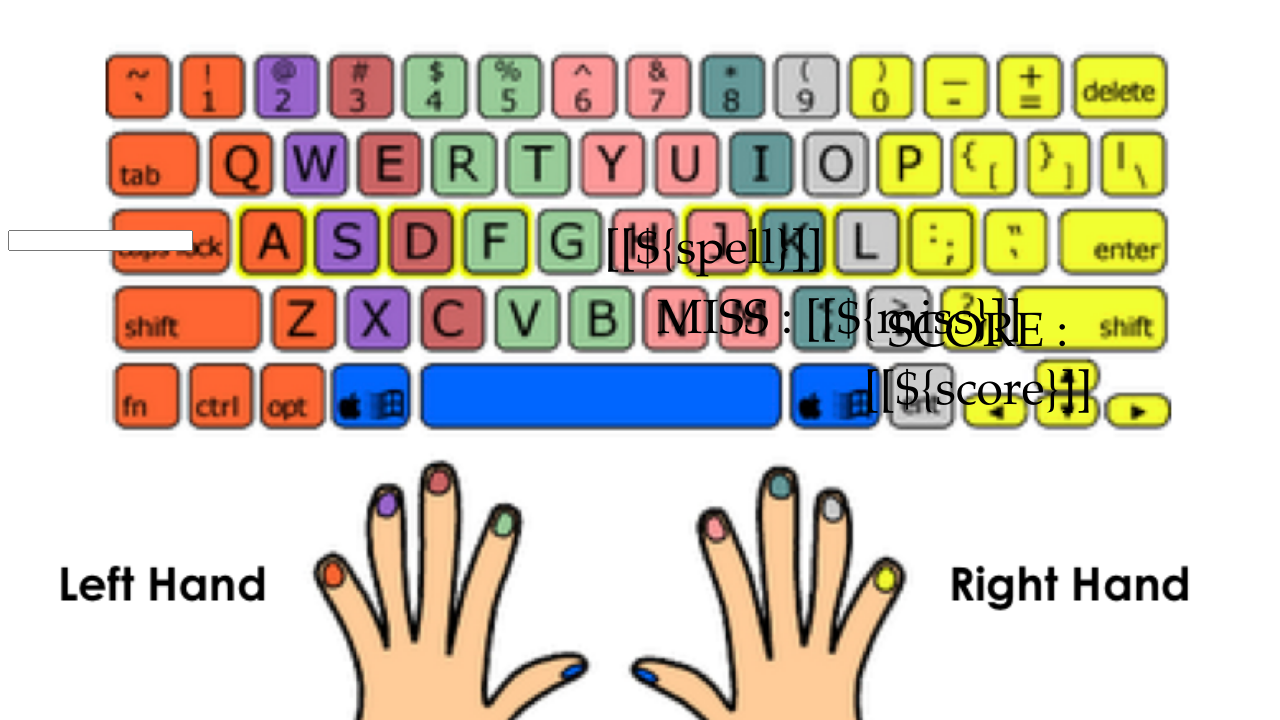
Repository: thaddeas01/typingskill
Page: src/main/resources/templates/single.html
The author's editor kept a copy of each file at every save. The page is drawn from the files as they stood at one save, then again after the next save.
The browser window is 1280 px wide. The pictures show the whole page.

Above is the page before, as saved 2023-01-14 00:38:55.
Console error: SyntaxError: Unexpected token '{'

### src/main/resources/templates/single.html
<head>
  <title>Game Application by Pentagon</title>
</head>

<body>
  <div id="app"></div>

  <p class="word1"> [[${spell}]]</p>
  <p class="word2"> MISS : [[${miss}]]</p>
  <p class="word3"> SCORE : [[${score}]]</p>
  <form th:action="@{/hantei(prob=${spell},miss=${miss},score=${score})}" method="post">
    <input type="text" name="answer" id="firstinput">
  </form>
</body>

<style>
  body {
      background-image: url('gamebacks.png');
      background-repeat: no-repeat;
      background-size: cover;
    }

    .word1{
      font-size: 3em;
      width: 400px;
      height: 100px;
      font-family: "garamond", serif;
      position: relative;
      text-align: center;
      top: 20%;
      left: 40%;
      display: inline-block;
      margin-top: 1rem;
    }
    .word2{
      font-size: 3em;
      width: 400px;
      height: 100px;
      font-family: "garamond", serif;
      position: relative;
      text-align: center;
      top: 30%;
      left: 18%;
      display: inline-block;
      margin-top: 1rem;
    }
    .word3{
      font-size: 3em;
      width: 400px;
      height: 100px;
      font-family: "garamond", serif;
      position: relative;
      text-align: center;
      top: 40%;
      left: -3%;
      display: inline-block;
      margin-top: 1rem;
    }
  .base-timer {
    position: relative;
    width: 150px;
    height: 150px;
  }

  .base-timer__svg {
    transform: scaleX(-1);
  }

  .base-timer__circle {
    fill: none;
    stroke: none;
  }

  .base-timer__path-elapsed {
    stroke-width: 7px;
    stroke: grey;
  }

  .base-timer__path-remaining {
    stroke-width: 7px;
    stroke-linecap: round;
    transform: rotate(90deg);
    transform-origin: center;
    transition: 1s linear all;
    fill-rule: nonzero;
    stroke: currentColor;
  }

  .base-timer__path-remaining.green {
    color: rgb(65, 184, 131);
  }

  .base-timer__path-remaining.orange {
    color: orange;
  }

  .base-timer__path-remaining.red {
    color: red;
  }

  .base-timer__label {
    position: relative;
    top: -110px;
    width: 150px;
    height: 150px;
    display: flex;
    align-items: flex-start;
    justify-content: center;
    font-size: 48px;
  }
</style>
<script th:inline="javascript">
  const FULL_DASH_ARRAY = 300;
  const WARNING_THRESHOLD = 4;
  const ALERT_THRESHOLD = 2;

  const COLOR_CODES = {
    info: {
      color: "green"
    },
    warning: {
      color: "orange",
      threshold: WARNING_THRESHOLD
    },
    alert: {
      color: "red",
      threshold: ALERT_THRESHOLD
    }
  };

  const TIME_LIMIT = 7;
  let timePassed = 0;
  let timeLeft = TIME_LIMIT;
  let timerInterval = null;
  let remainingPathColor = COLOR_CODES.info.color;
  var miss = [[${ miss }]];
  var score = [[${ score }]];

  document.getElementById("app").innerHTML = `
<div class="base-timer">
  <svg class="base-timer__svg" viewBox="0 0 100 100" xmlns="http://www.w3.org/2000/svg">
    <g class="base-timer__circle">
      <circle class="base-timer__path-elapsed" cx="50" cy="50" r="45"></circle>
      <path
        id="base-timer-path-remaining"
        stroke-dasharray="283"
        class="base-timer__path-remaining ${remainingPathColor}"
        d="
          M 50, 50
          m -45, 0
          a 45,45 0 1,0 90,0
          a 45,45 0 1,0 -90,0
        "
      ></path>
    </g>
  </svg>
  <span id="base-timer-label" class="base-timer__label">${formatTime(
    timeLeft
  )}</span>
</div>
`;
  document.getElementById('firstinput').focus();
  startTimer();

  function startTimer() {
    timerInterval = setInterval(() => {
      timePassed = timePassed += 1;
      timeLeft = TIME_LIMIT - timePassed;
      document.getElementById("base-timer-label").innerHTML = formatTime(
        timeLeft
      );
      setCircleDasharray();
      setRemainingPathColor(timeLeft);

      if (timeLeft === 0) {
        clearInterval(timerInterval);
        setTimeout(function () {
          location.href = "/timeout?miss=" + miss + "&score=" + score
        }, 0);
      }
    }, 1000);
  }

  function formatTime(time) {
    const minutes = Math.floor(time / 60);
    let seconds = time % 60;

    if (seconds < 10) {
      seconds = `0${seconds}`;
    }

    return `${minutes}:${seconds}`;
  }

  function setRemainingPathColor(timeLeft) {
    const { alert, warning, info } = COLOR_CODES;
    if (timeLeft <= alert.threshold) {
      document
        .getElementById("base-timer-path-remaining")
        .classList.remove(warning.color);
      document
        .getElementById("base-timer-path-remaining")
        .classList.add(alert.color);
    } else if (timeLeft <= warning.threshold) {
      document
        .getElementById("base-timer-path-remaining")
        .classList.remove(info.color);
      document
        .getElementById("base-timer-path-remaining")
        .classList.add(warning.color);
    }
  }

  function calculateTimeFraction() {
    const rawTimeFraction = timeLeft / TIME_LIMIT;
    return rawTimeFraction - (1 / TIME_LIMIT) * (1 - rawTimeFraction);
  }

  function setCircleDasharray() {
    const circleDasharray = `${(
      calculateTimeFraction() * FULL_DASH_ARRAY
    ).toFixed(0)} 283`;
    document
      .getElementById("base-timer-path-remaining")
      .setAttribute("stroke-dasharray", circleDasharray);
  }
</script>

After the next save:
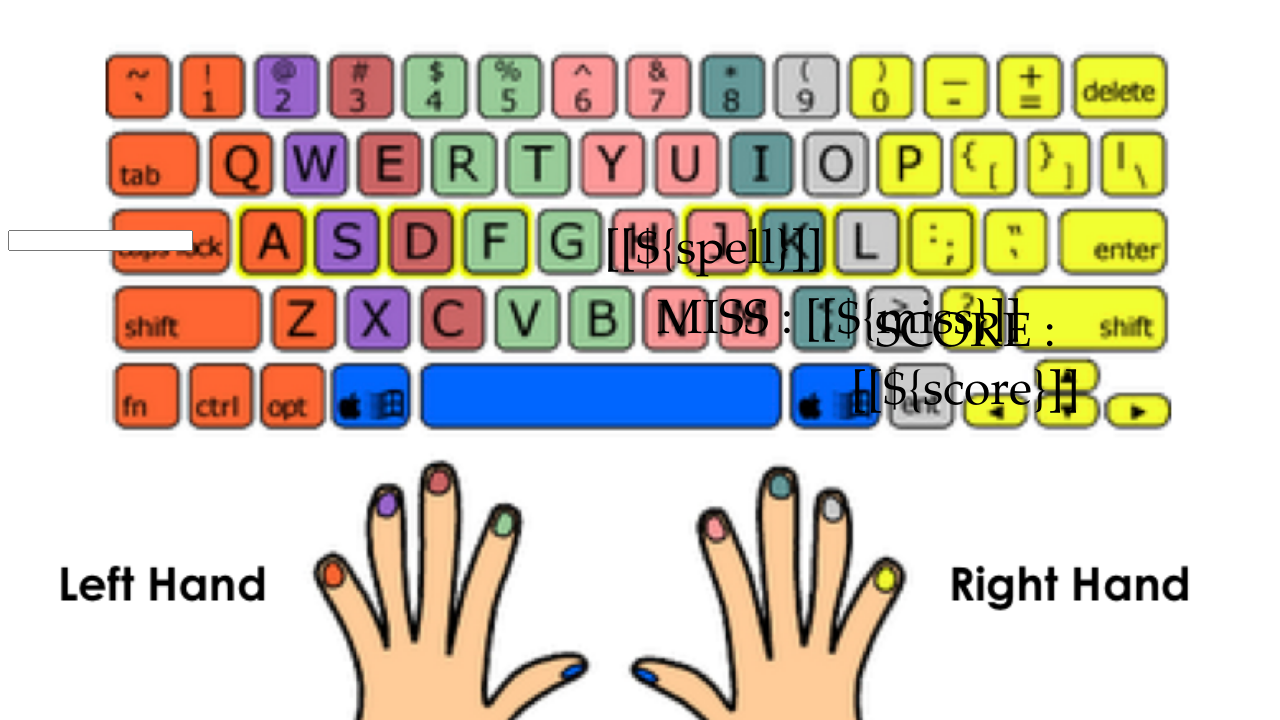
Saved 25 s later.
--- a/src/main/resources/templates/single.html
+++ b/src/main/resources/templates/single.html
@@ -52,7 +52,7 @@
       position: relative;
       text-align: center;
       top: 40%;
-      left: -3%;
+      left: -4%;
       display: inline-block;
       margin-top: 1rem;
     }
